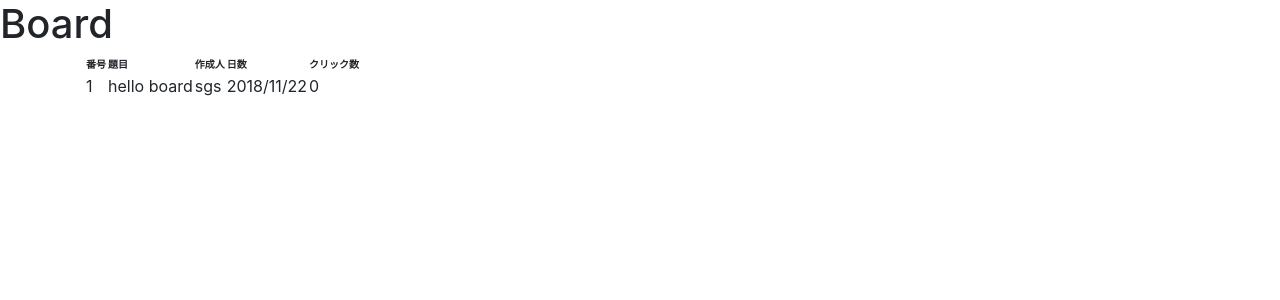
Repository: songgisung/study_web
Page: 20181126/test/board/WebContent/board.html
An editor plug-in stored every save of this project. The page is shown before and after the next save, followed by the edit.
The browser window is 1280 px wide. The pictures show the whole page.

Above is the page before, as saved 2018-11-22 08:36:02.

### 20181126/test/board/WebContent/board.html
<!DOCTYPE html>
<html>
	<head>
		<meta charset="UTF-8">
		<meta name="viewport" content="width=device-width, initial-scale=1, shrink-to-fit=no">
		<title>Insert title here</title>

		<link rel="stylesheet" href="https://stackpath.bootstrapcdn.com/bootstrap/4.1.3/css/bootstrap.min.css" integrity="sha384-MCw98/SFnGE8fJT3GXwEOngsV7Zt27NXFoaoApmYm81iuXoPkFOJwJ8ERdknLPMO" crossorigin="anonymous">
		<link rel="stylesheet" href="css/board.css">
	</head>
<body>
	<h1>Board</h1>
	<div class="container">
		<table>
			<tr class="table_">
				<th>番号</th>
				<th>題目</th>
				<th>作成人</th>
				<th>日数</th>
				<th>クリック数</th>
			</tr>
			<tr>
				<td>1</td>
				<td>hello board</td>
				<td>sgs</td>
				<td>2018/11/22</td>
				<td>0</td>
			</tr>
		</table>
	</div>
	<script src="https://code.jquery.com/jquery-3.3.1.slim.min.js" integrity="sha384-q8i/X+965DzO0rT7abK41JStQIAqVgRVzpbzo5smXKp4YfRvH+8abtTE1Pi6jizo" crossorigin="anonymous"></script>
	<script src="https://cdnjs.cloudflare.com/ajax/libs/popper.js/1.14.3/umd/popper.min.js" integrity="sha384-ZMP7rVo3mIykV+2+9J3UJ46jBk0WLaUAdn689aCwoqbBJiSnjAK/l8WvCWPIPm49" crossorigin="anonymous"></script>
	<script src="https://stackpath.bootstrapcdn.com/bootstrap/4.1.3/js/bootstrap.min.js" integrity="sha384-ChfqqxuZUCnJSK3+MXmPNIyE6ZbWh2IMqE241rYiqJxyMiZ6OW/JmZQ5stwEULTy" crossorigin="anonymous"></script>
</body>
</html>

### 20181126/test/board/WebContent/css/board.css
@charset "UTF-8";

.table_{
	border-color: black;
	margin:0px;
	font-size: 10px;
}

After the next save:
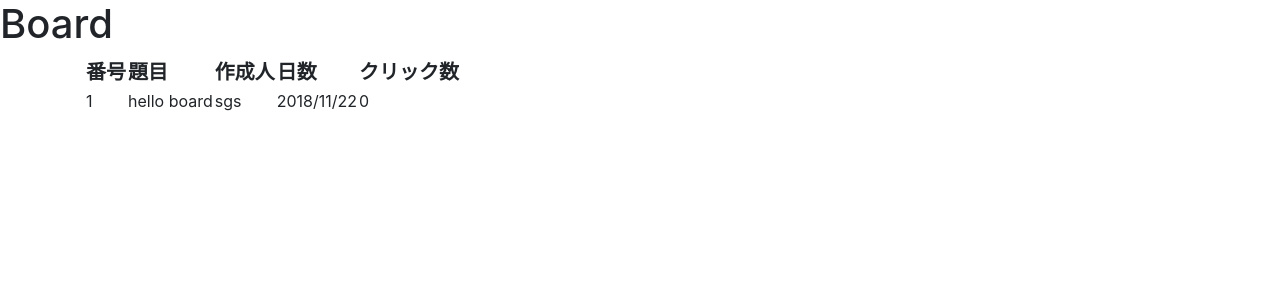
Saved 14 s later.
--- a/20181126/test/board/WebContent/css/board.css
+++ b/20181126/test/board/WebContent/css/board.css
@@ -3,5 +3,5 @@
 .table_{
 	border-color: black;
 	margin:0px;
-	font-size: 10px;
+	font-size: 20px;
 }
